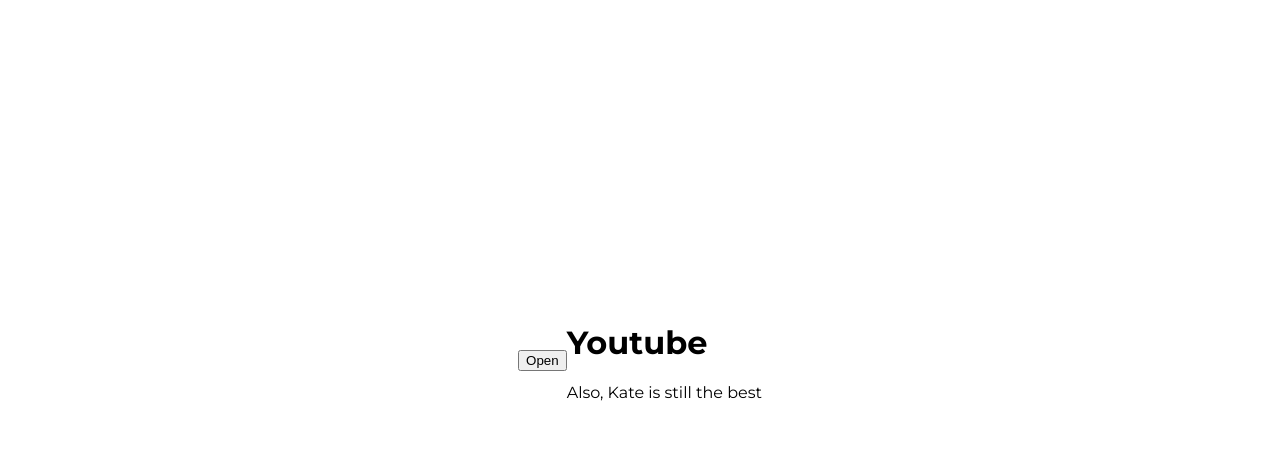
Repository: kate30980/js-practice
Page: popup-modal/index.html
The author's editor kept a copy of each file at every save. The page is drawn from the files as they stood at one save, then again after the next save.
The browser window is 1280 px wide. The pictures show the whole page.

Above is the page before, as saved 2021-08-28 23:15:24.

After the next save:
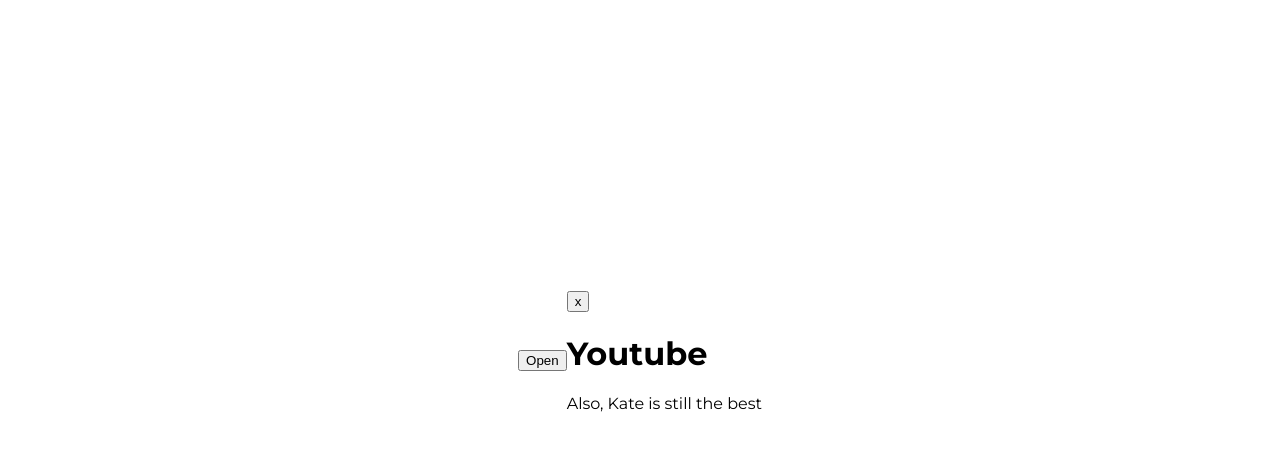
Saved 70 s later.
--- a/popup-modal/index.html
+++ b/popup-modal/index.html
@@ -11,10 +11,11 @@
 </head>
 
 <body>
-    <button id="btn">Open</button>
+    <button id="open">Open</button>
 
     <div class="popup-container">
         <div class="popup">
+            <button id="close">x</button>
             <h1>Youtube</h1>
             <p>Also, Kate is still the best</p>
         </div>
